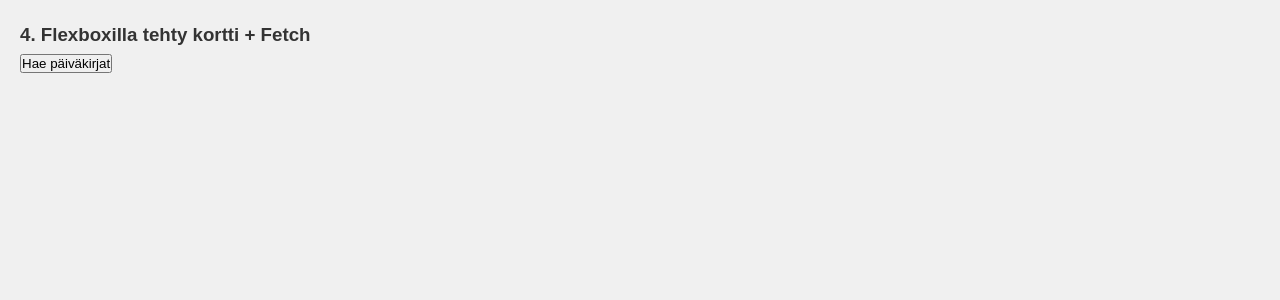
Repository: Javimetro/UniZen
Page: client/index.html
The author's editor kept a copy of each file at every save. The page is drawn from the files as they stood at one save, then again after the next save.
The browser window is 1280 px wide. The pictures show the whole page.

Above is the page before, as saved 2024-02-26 16:31:59.

After the next save:
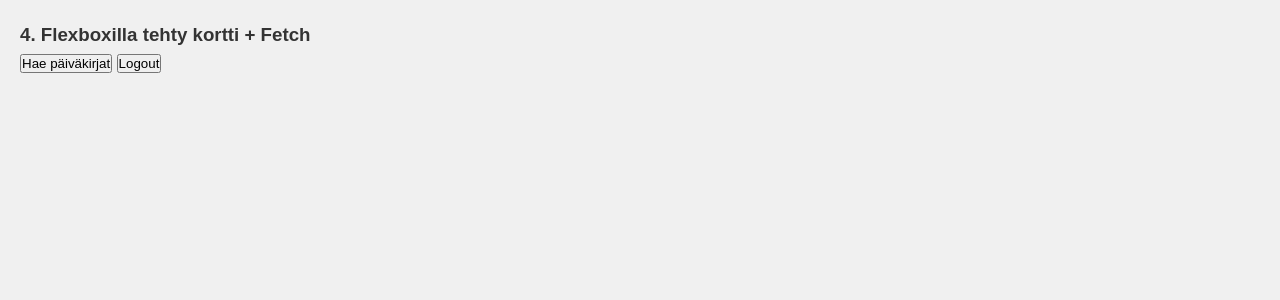
Saved 5 s later.
--- a/client/index.html
+++ b/client/index.html
@@ -14,5 +14,14 @@
 
     <!-- this script tag to link your JavaScript file -->
     <script type="module" src="/src/main.js"></script>
+
+    <button id="logout-button">Logout</button>
+
+    <script>
+    document.getElementById('logout-button').addEventListener('click', function() {
+      localStorage.removeItem('token');
+      window.location.href = 'login.html';
+    });
+    </script>
 </body>
 </html>
